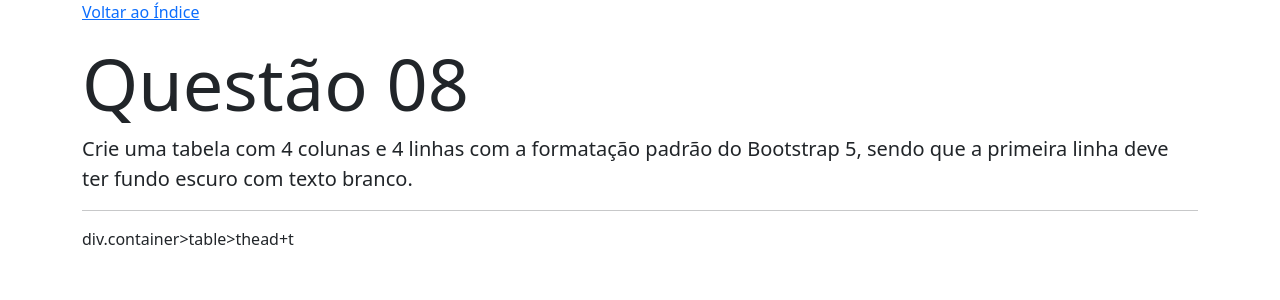
Repository: In-Game-full/Reprograme-se
Page: S-6-InicioBootstrap5/Atividade-pratica-da-semana-1-de-Bootstrap-5-In-Game-full/questao08.html
The author's editor kept a copy of each file at every save. The page is drawn from the files as they stood at one save, then again after a run of saves.
The browser window is 1280 px wide. The pictures show the whole page.

Above is the page before, as saved 2023-08-28 21:58:06.

### S-6-InicioBootstrap5/Atividade-pratica-da-semana-1-de-Bootstrap-5-In-Game-full/questao08.html
<!DOCTYPE html>
<html lang="pt-br">

<head>
    <meta charset="UTF-8">
    <meta http-equiv="X-UA-Compatible" content="IE=edge">
    <meta name="viewport" content="width=device-width, initial-scale=1.0">
    <link href="https://cdn.jsdelivr.net/npm/bootstrap@5.2.2/dist/css/bootstrap.min.css" rel="stylesheet">
    <script src="https://cdn.jsdelivr.net/npm/bootstrap@5.2.2/dist/js/bootstrap.bundle.min.js"></script>
    <link rel="stylesheet" href="estilos.css">
    <title>Questão 08</title>
</head>

<body>
    <div class="container">
        <p><a href="index.html">Voltar ao Índice</a></p>
        <h1 class="display-2">Questão 08</h1>
        <p class="lead">Crie uma tabela com 4 colunas e 4 linhas com a formatação padrão do Bootstrap 5, sendo que a primeira linha deve ter fundo escuro com texto branco.</p>
        <hr>
        <!-- Valor: 1.5 pontos -->
        <!-- FAZER AQUI -->
        div.container>table>thead+t
    </div>
</body>

</html>

### S-6-InicioBootstrap5/Atividade-pratica-da-semana-1-de-Bootstrap-5-In-Game-full/estilos.css
div {
    height: 120px;

}

After the next 2 saves:
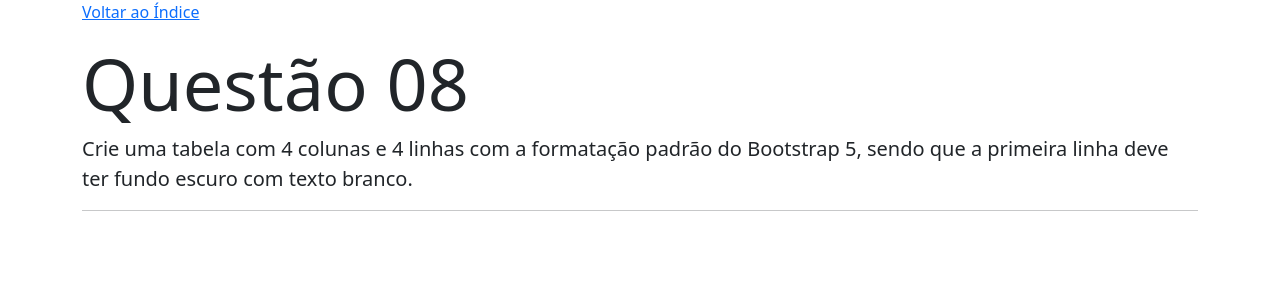
The 2 saves are shown as one change because they came seconds apart.
The last was saved 8 s later.
--- a/S-6-InicioBootstrap5/Atividade-pratica-da-semana-1-de-Bootstrap-5-In-Game-full/questao08.html
+++ b/S-6-InicioBootstrap5/Atividade-pratica-da-semana-1-de-Bootstrap-5-In-Game-full/questao08.html
@@ -19,7 +19,12 @@
         <hr>
         <!-- Valor: 1.5 pontos -->
         <!-- FAZER AQUI -->
-        div.container>table>thead+t
+        <div class="container">
+            <table>
+                <thead></thead>
+                <tb></tb>
+            </table>
+        </div>
     </div>
 </body>
 
